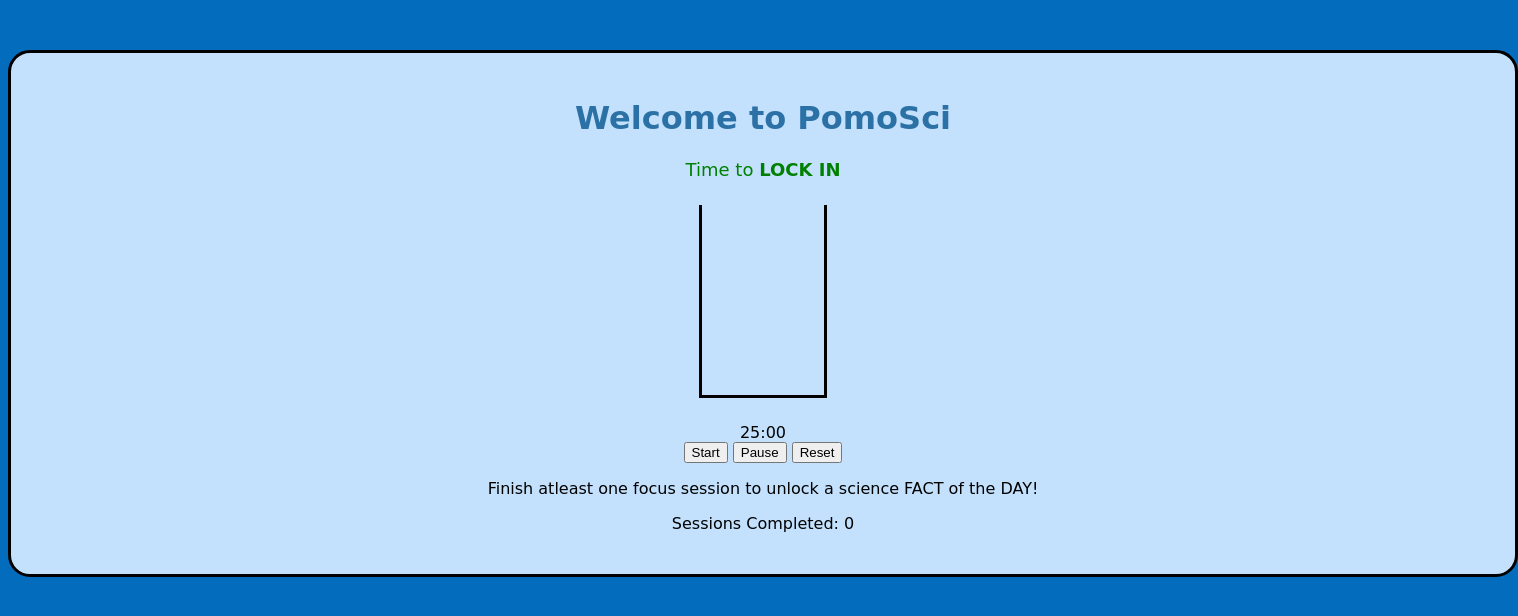
Repository: manayparikh1/Pomosci
Page: index.html
These files come from the project's save history. The page is drawn as it stood at one moment and after the next save; the edit follows.
The browser window is 1280 px wide. The page is 1518 px wide, so the pictures cover 1518 px, including what lies to the right of the window. The pictures show the whole page.

Above is the page before, as saved 2026-11-13 13:27:44.

### index.html
<!DOCTYPE html>
<html lang="en">

<head>
    <meta charset="UTF-8">
    <meta name="viewport" content="width=device-width, initial-scale=1.0">
    <title><strong>PomoSci</strong></title>

    <head>

    <body>
        <!-- ======== HTML ======== -->
        <div class="lab_sci">
            <h1>Welcome to PomoSci</h1>
            <p id="mode">Time to <strong>LOCK IN</strong></p>

            <div class="beaker is paused" id="beaker">
                <div id="liquid">
                    <span class="bubble"></span>
                    <span class="bubble"></span>
                    <span class="bubble"></span>
                    <span class="bubble"></span>
                </div>
            </div>
            <div id="time">25:00</div>
            <button onclick="start()">Start</button>
            <button onclick="pause()">Pause</button>
            <button onclick="reset()">Reset</button>

            <p id="fact">Finish atleast one focus session to unlock a science FACT of the DAY!</p>
            <p id="count">Sessions Completed: 0</p>

            <!-- ====Css--===-->

            <style>
                body {
                    font-family: Comic Sans MS, Comic Sans, cursive;
                    background-color: rgb(4, 108, 188);
                    text-align: center;
                }

                .lab_sci {
                    background-color: rgb(195, 225, 253);
                    width: 1454px;
                    margin: 50px auto;
                    padding: 25px;
                    border: 3px solid black;
                    border-radius: 22px;
                }

                h1 {
                    color: rgb(44, 113, 166);
                }

                #mode {
                    color: green;
                    font-size: 18px;
                }

                .beaker {
                    width: 122px;
                    height: 190px;
                    margin: 25px auto;
                    border: 3px solid black;
                    border-top: none;
                    position: relative;
                }

                #liquid {
                    background-color: rgb(160, 255, 160);
                    height: 100%;
                    position: absolute;
                    bottom: 0;
                }

After the next save:
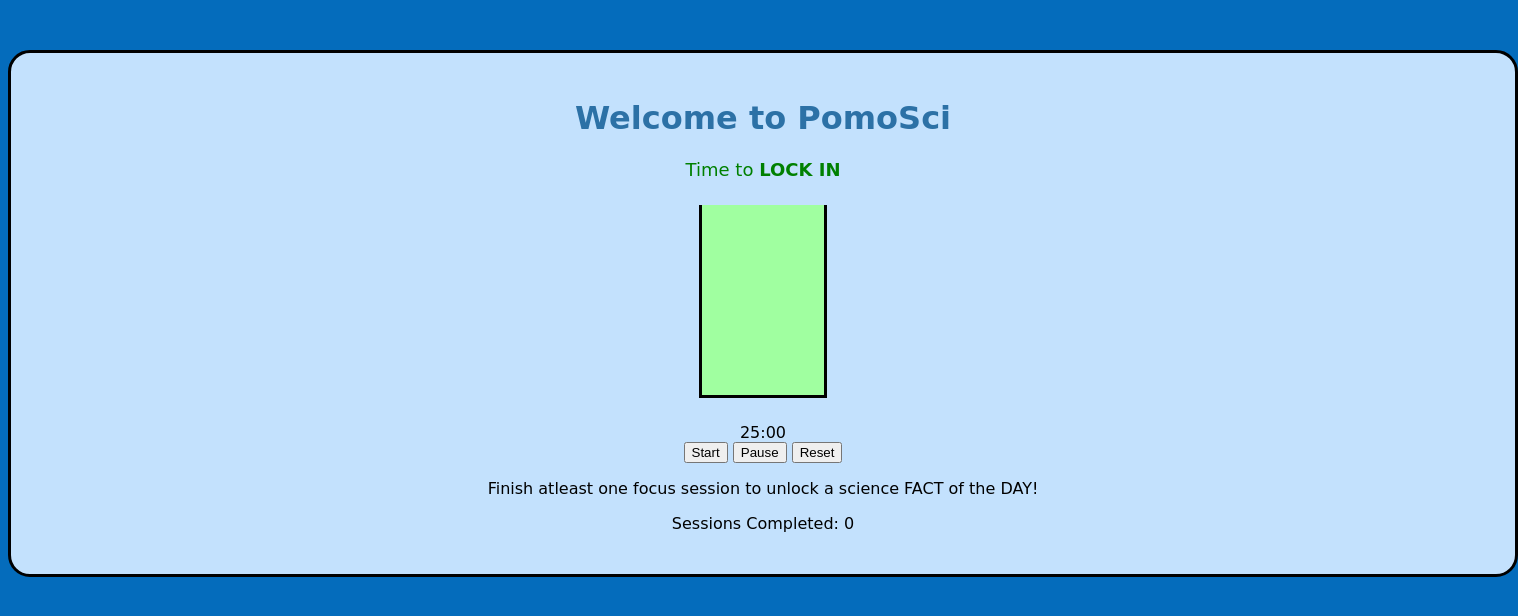
Saved 2 min 16 s later.
--- a/index.html
+++ b/index.html
@@ -71,4 +71,5 @@
                     height: 100%;
                     position: absolute;
                     bottom: 0;
+                    width: 100%;
                 }
